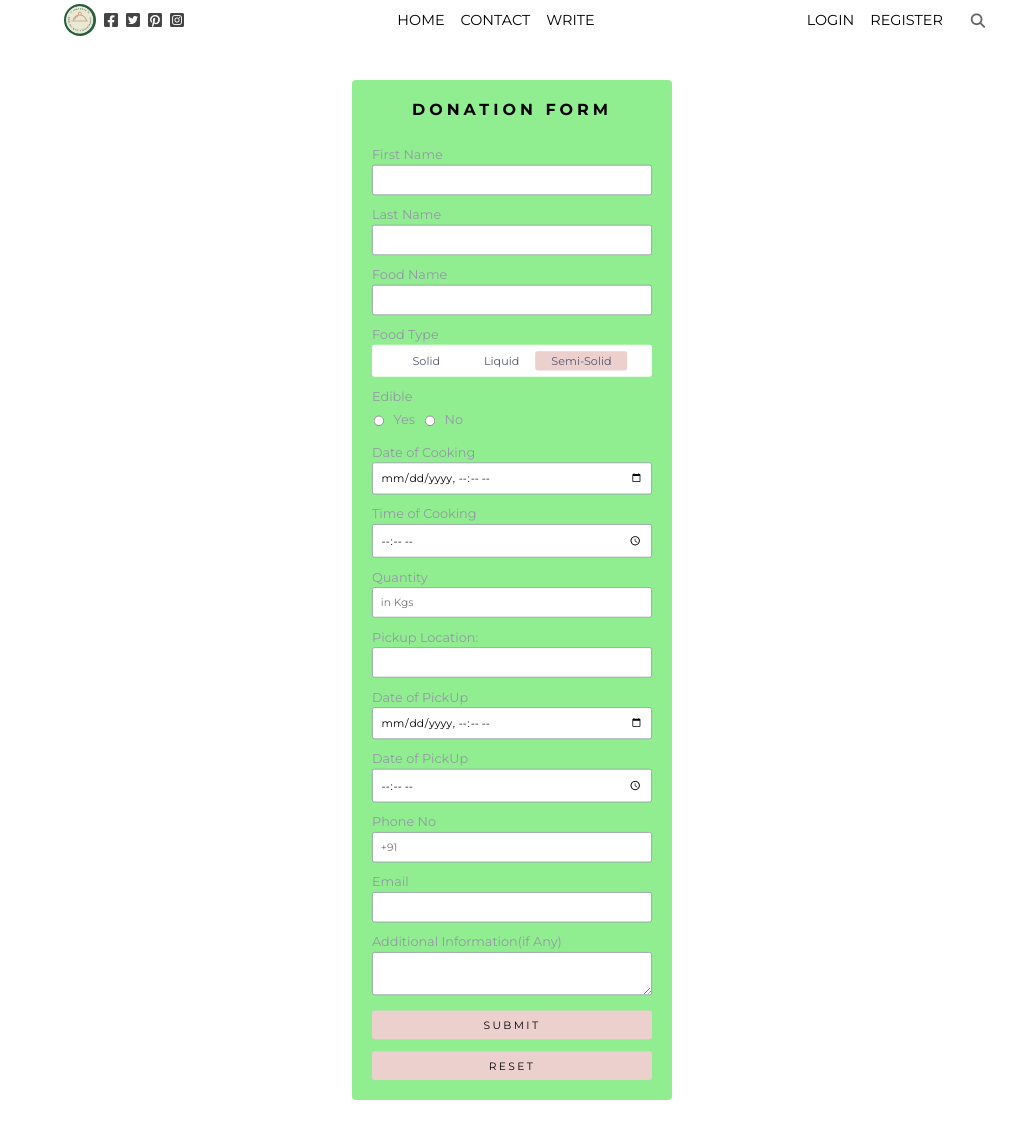
Repository: blsnabrhm/anna-daan
Page: /Contact (app in client/)
These files come from the project's save history. The page is drawn as it stood at one moment and after the next save; the edit follows.
The browser window is 1280 px wide. The pictures show the whole page, at 80% of full size.
Some web libraries are served in a nearby version. The project was rebuilt for these pictures with package versions that can differ from the ones it lists, and the page was loaded fresh each time. Also part of the build but not shown: client/src/components/header/header.css, client/src/components/header/Header.jsx, client/src/components/posts/posts.css, client/src/components/posts/Posts.jsx, client/src/components/sidebar/sidebar.css, client/src/components/sidebar/SideBar.jsx, client/src/pages/home/home.css, client/src/pages/home/Home.jsx and 13 more. Imported but missing from the stored project, and not drawn on this page: client/src/components/post/Post.

Above is the page before, as saved 2022-04-22 09:40:59.

### client/public/index.html
<!DOCTYPE html>
<html lang="en">
  <head>
    <meta charset="utf-8" />
    <link rel="icon" href="%PUBLIC_URL%/favicon.ico" />
    <meta name="viewport" content="width=device-width, initial-scale=1" />
    <meta name="theme-color" content="#000000" />
    <meta
      name="description"
      content="Web site created using create-react-app"
    />
    <link rel="preconnect" href="https://fonts.googleapis.com">
    <link rel="preconnect" href="https://fonts.gstatic.com" crossorigin>
    <link href="https://fonts.googleapis.com/css2?family=Josefin+Sans:wght@100;200;300;400;500;600;700&family=Lora:ital@0;1&family=Varela&family=Varela+Round&display=swap" rel="stylesheet">
    <link rel="stylesheet" href="https://cdnjs.cloudflare.com/ajax/libs/font-awesome/6.1.1/css/all.min.css" integrity="sha512-KfkfwYDsLkIlwQp6LFnl8zNdLGxu9YAA1QvwINks4PhcElQSvqcyVLLD9aMhXd13uQjoXtEKNosOWaZqXgel0g==" crossorigin="anonymous" referrerpolicy="no-referrer" />
    <style>*{
      margin: 0;
    }</style>
    <style>
      .link {
        text-decoration: none;
        color: inherit;
      }
    </style>
    <title>Anna Daan</title>
  </head>
  <body>
    <noscript>You need to enable JavaScript to run this app.</noscript>
    <div id="root"></div>

  </body>
</html>

### client/src/index.js
import React from 'react';
import ReactDOM from 'react-dom/client';
import App from './App';
import { ContextProvider } from './context/Context';

const root = ReactDOM.createRoot(document.getElementById('root'));
root.render(
  <React.StrictMode>
    <ContextProvider>
    <App />
    </ContextProvider>
  </React.StrictMode>
);

### client/src/App.js
import Home from "./pages/home/Home";
import TopBar from "./components/topbar/TopBar";
import Single from "./pages/single/Single";
import Write from "./pages/write/Write";
import Settings from "./pages/settings/Settings";
import Login from "./pages/login/Login";
import Register from "./pages/register/Register";
import Contact from "./pages/contact/Contact";
import { BrowserRouter as Router, Switch, Route, Link } from "react-router-dom";
import { useContext } from "react";
import { Context } from "./context/Context";

function App() {
  const { user } = useContext(Context);
  return (
    <Router>
      <TopBar />
      <Switch>
        <Route exact path="/">
          <Home />
        </Route>
        <Route path="/register">{user ? <Home /> : <Register />}</Route>
        <Route path="/login">{user ? <Home /> : <Login />}</Route>
        <Route path="/Contact">{user ? <Contact />: <Contact/> }</Route>
        <Route path="/write">{user ? <Write /> : <Register />}</Route>
        <Route path="/settings">{user ? <Settings /> : <Register />}</Route>
        <Route path="/post/:postId">
          <Single />
        </Route>
      </Switch>
    </Router>
  );
}

export default App;

### client/src/context/Context.js
import { createContext, useEffect, useReducer } from "react";
import Reducer from "./Reducer";

const INITIAL_STATE = {
  user: JSON.parse(localStorage.getItem("user")) || null,
  isFetching: false,
  error: false,
};

export const Context = createContext(INITIAL_STATE);

export const ContextProvider = ({ children }) => {
  const [state, dispatch] = useReducer(Reducer, INITIAL_STATE);

  useEffect(() => {
    localStorage.setItem("user", JSON.stringify(state.user));
  }, [state.user]);

  return (
    <Context.Provider
      value={{
        user: state.user,
        isFetching: state.isFetching,
        error: state.error,
        dispatch,
      }}
    >
      {children}
    </Context.Provider>
  );
};

### client/src/components/topbar/TopBar.jsx
import { useContext } from "react";
import { Link } from "react-router-dom";
import { Context } from "../../context/Context";
import "./topbar.css";

export default function TopBar() {
  const { user, dispatch } = useContext(Context);
  const PF = "http://localhost:3000/images/"

  const handleLogout = () => {
    dispatch({ type: "LOGOUT" });
  };
  return (
    <div className="top">
      <div className="topLeft">
        <img className="topImg topLogo" src={require('../../assets/Anna_Daan.png')} alt="" />
        <i className="topIcon fab fa-facebook-square"></i>
        <i className="topIcon fab fa-twitter-square"></i>
        <i className="topIcon fab fa-pinterest-square"></i>
        <i className="topIcon fab fa-instagram-square"></i>
      </div>
      <div className="topCenter">
        <ul className="topList">
          <li className="topListItem">
            <Link className="link" to="/" >
              HOME
            </Link>
          </li>
          <li className="topListItem">
            <Link className="link" to="/contact" >
              CONTACT
            </Link>
          </li>
          <li className="topListItem">
            <Link className="link" to="/write">
              WRITE
            </Link>
          </li>
          <li className="topListItem" onClick={handleLogout}>
            {user && "LOGOUT"}
          </li>
        </ul>
      </div>
      <div className="topRight">
        {user ? (
          <Link to="/settings">
            <img className="topImg" src={PF+user.profilePic} alt="" />
          </Link>
        ) : (
          <ul className="topList">
            <li className="topListItem">
              <Link className="link" to="/login" >
                LOGIN
              </Link>
            </li>
            <li className="topListItem">
              <Link className="link" to="/register">
                REGISTER
              </Link>
            </li>
          </ul>
        )}
        <i className="topSearchIcon fas fa-search"></i>
      </div>
    </div>
  );
}

### client/src/pages/contact/Contact.jsx
import './contact.css'

export default function Contact() {
    return (
    <div className='contact'>
        <div class="registration_form">
		<div class="title">
			Donation Form
		</div>

		<form>
			<div class="form_wrap">
                <div className="input_wrap">
					<label for="fname">First Name</label>
					<input type="text" id="email"/>
				</div>
				<div className="input_wrap">
					<label for="lname">Last Name</label>
					<input type="text" id="email"/>
				</div>
                <div >

                </div>

                <div className="input_wrap">
					<label for="fname">Food Name</label>
					<input type="text" id="email"/>
				</div>
                <div className="input_wrap">
					<label>Food Type</label>
					<ul>
						<li>
							<label className="radio_wrap">
								<input type="radio" name="gender" value="male" className="input_radio" checked/>
								<span>Solid</span>
							</label>
						</li>
						<li>
							<label className="radio_wrap">
								<input type="radio" name="gender" value="female" className="input_radio"/>
								<span>Liquid</span>
							</label>
						</li>
                        <li>
							<label className="radio_wrap">
								<input type="radio" name="gender" value="male" className="input_radio" checked/>
								<span>Semi-Solid</span>
							</label>
						</li>
					</ul>
				</div>
                <div className="input_wrap">
                    <label className='edi' for="edible">Edible</label>
                    <div className='edible'>
                    <input className='edible' type="radio" id="y" name='edible'/>
                    <label className='edible' for="edible">Yes  </label>
                    <input className='edible' type="radio" id="n" name='edible'/>
                    <label className='edible' for="edible">No  </label>
                    </div>
                </div>
                <div className='input_wrap'>
                    <label for="dot">Date of Cooking</label>
					<input type="datetime-local" id="dot" class="ta"/>
                </div>
                <div className='input_wrap'>
                    <label for="dot">Time of Cooking</label>
					<input type="time" id="dot" class="ta"/>
                </div>
                <div className='input_wrap'>
                    <label for="quant">Quantity</label>
					<input type="number" id="quant" placeholder="in Kgs"/>
                </div>
                <div className='input_wrap'>
                    <label for="loc">Pickup Location:</label>
					<input type="text" id="loc" class="ta"/>
                </div>
                <div className='input_wrap'>
                    <label for="pick">Date of PickUp</label>
					<input type="datetime-local" id="pick"/>
                </div>
                <div className='input_wrap'>
                    <label for="pick">Date of PickUp</label>
					<input type="time" id="pick"/>
                </div>
				<div className="input_wrap">
					<label for="city">Phone No</label>
					<input type="tel" id="city" placeholder="+91"/>
				</div>
				<div className="input_wrap">
					<label for="country">Email</label>
					<input type="text" id="country"/>
				</div>
                <div className='input_wrap'>
                    <label>Additional Information(if Any)</label>
					<textarea class="txta" for="ta"></textarea>
                </div>
				<div className="input_wrap">
					<input type="submit" value="Submit" className="submit_btn"/>
				</div>
        <div className="input_wrap">
					<input type="submit" value="Reset" className="submit_btn"/>
				</div>
			</div>
		</form>
	</div>
    </div>
    )
}

### client/src/context/Reducer.js
const Reducer = (state, action) => {
  switch (action.type) {
    case "LOGIN_START":
      return {
        user: null,
        isFetching: true,
        error: false,
      };
    case "LOGIN_SUCCESS":
      return {
        user: action.payload,
        isFetching: false,
        error: false,
      };
    case "LOGIN_FAILURE":
      return {
        user: null,
        isFetching: false,
        error: true,
      };
      case "UPDATE_START":
        return {
          ...state,
          isFetching:true
        };
      case "UPDATE_SUCCESS":
        return {
          user: action.payload,
          isFetching: false,
          error: false,
        };
      case "UPDATE_FAILURE":
        return {
          user: state.user,
          isFetching: false,
          error: true,
        };
    case "LOGOUT":
      return {
        user: null,
        isFetching: false,
        error: false,
      };
    default:
      return state;
  }
};

export default Reducer;

### client/src/components/topbar/topbar.css
.top {
    width: 100%;
    height: 50px;
    background-color: white;
    position: sticky;
    top: 0;
    display: flex;
    align-items: center;
    font-family: "Josefin Sans", sans-serif;
    z-index: 999;
  }

  .topLeft,
  .topRight {
    flex: 3;
    display: flex;
    align-items: center;
    justify-content: center;
  }

  .topCenter {
    flex: 6;
  }

  .topLogo {
    margin-right: 10px;
  }

  .topIcon {
    font-size: 20px;
    margin-right: 10px;
    color: #444;
    cursor: pointer;
  }

  .topImg {
    width: 40px;
    height: 40px;
    border-radius: 50%;
    object-fit: cover;
    cursor: pointer;
  }

  .topList {
    display: flex;
    justify-content: center;
    margin: 0;
    padding: 0;
    list-style: none;
  }

  .topListItem {
    margin-right: 20px;
    font-size: 18px;
    font-weight: 300;
    cursor: pointer;
  }

  .topSearchIcon {
    font-size: 18px;
    color: #666;
    cursor: pointer;
    margin-left: 15px;
  }

### client/src/pages/contact/contact.css
@import url('https://fonts.googleapis.com/css2?family=Montserrat:wght@400;700&display=swap');

*{
	margin: 0;
	padding: 0;
	box-sizing: border-box;
	list-style: none;
	font-family: 'Montserrat', sans-serif;
}

.contact {
    display: flex;
    align-items: center;
    justify-content: center;
    margin: 50px 0;
}


.edible {
    display: flex;
    flex-wrap: wrap;
    margin-top: 3px;
    margin-right: 10px;
    padding: 2px;
}

.wrapper{
	min-height: 100vh;
	display: flex;
	justify-content: center;
	align-items: center;
}

.registration_form{
	background: lightgreen;
	padding: 25px;
	border-radius: 5px;
	width: 400px;
}

.registration_form .title{
	text-align: center;
	font-size: 20px;
	text-transform: uppercase;
	color: #000000;
	letter-spacing: 5px;
	font-weight: 700;
}

.form_wrap{
	margin-top: 35px;
}

.form_wrap .input_wrap{
	margin-bottom: 15px;
}

.form_wrap .input_wrap:last-child{
	margin-bottom: 0;
}

.form_wrap .input_wrap label{
	display: block;
	margin-bottom: 3px;
	color: #9597a6;
}
.form_wrap .input_grp  input[type="text"] ,input[type="number"] {
	width: 165px;
}

.form_wrap  input[type="text"], input[type="number"], input[type="tel"],  input[type="time"] ,  input[type="datetime-local"]  {
	width: 100%;
	border-radius: 3px;
	border: 1px solid #9597a6;
	padding: 10px;
	outline: none;
}

.form_wrap textarea {
    width: 100%;
	border-radius: 3px;
	border: 1px solid #9597a6;
	padding: 10px;
	outline: none;
}

.form_wrap  input[type="text"]:focus{
	border-color: #ebd0ce;
}

.form_wrap ul{
	background: #fff;
	padding: 8px 10px;
	border-radius: 3px;
	display: flex;
	justify-content: center;
}

.form_wrap ul li:first-child{
	margin-right: 15px;
}
.form_wrap ul .radio_wrap{
	position: relative;
	margin-bottom: 0;
}

.form_wrap ul .radio_wrap .input_radio{
	position: absolute;
	top: 0;
	right: 0;
	opacity: 0;
}

.form_wrap ul .radio_wrap span{
	display: inline-block;
	font-size: 14px;
	padding: 3px 20px;
	border-radius: 3px;
	color: #545871;
}

.form_wrap .input_radio:checked ~ span{
	background: #ebd0ce;
}

.form_wrap .submit_btn{
	width: 100%;
	background: #ebd0ce;
	padding: 10px;
	border: 0;
	border-radius: 3px;
	text-transform: uppercase;
	letter-spacing: 3px;
	cursor: pointer;
}

.form_wrap .submit_btn:hover{
	background: #ffd5d2;
}

After the next save:
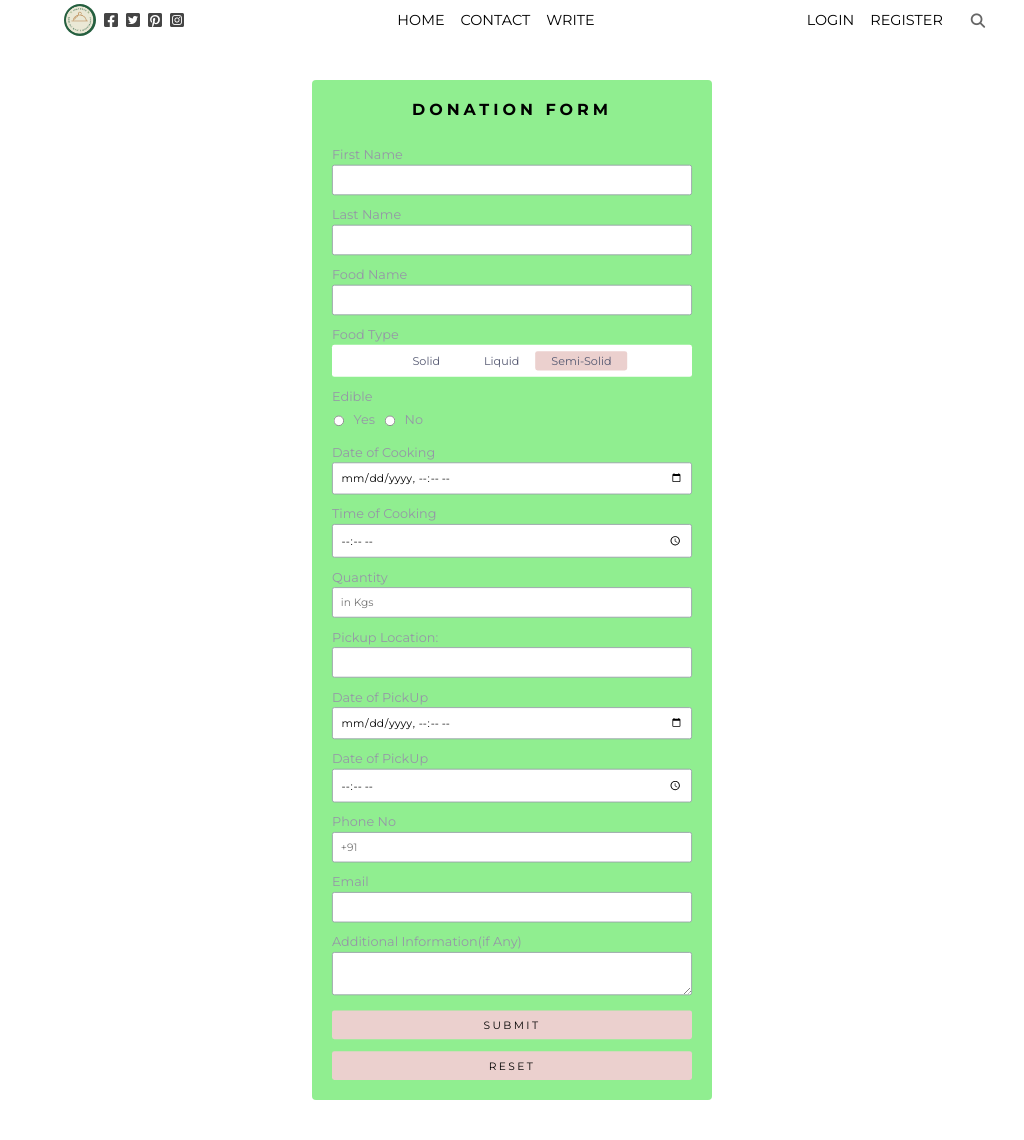
Saved 23 s later.
--- a/client/src/pages/contact/contact.css
+++ b/client/src/pages/contact/contact.css
@@ -35,7 +35,7 @@
 	background: lightgreen;
 	padding: 25px;
 	border-radius: 5px;
-	width: 400px;
+	width: 500px;
 }
 
 .registration_form .title{
